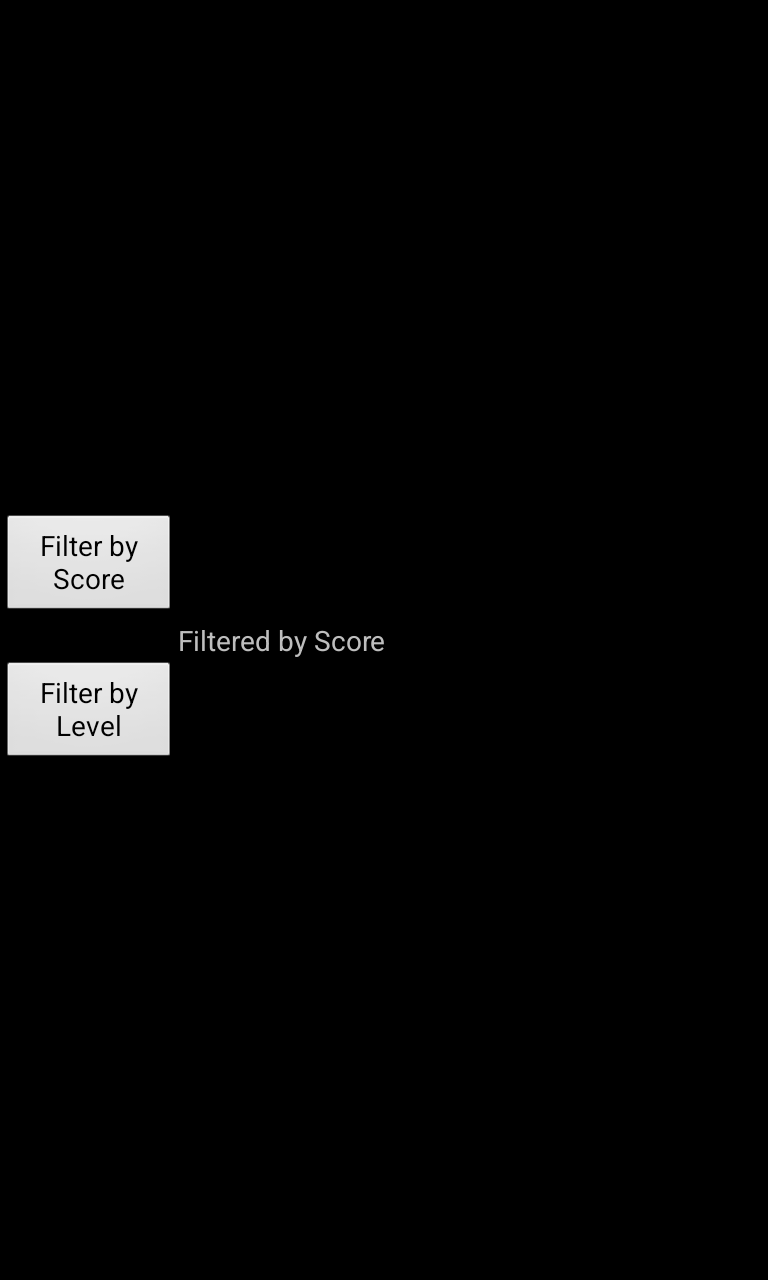
Repository: valleskeyp/IADHub
Layout: MGDGame-android/res/layout/main.xml
An editor plug-in stored every save of this project. The layout is shown before and after the next save, followed by the edit.
It is drawn on a 768 x 1280 px phone screen (xhdpi) without system bars, with theme android:Theme.NoTitleBar.Fullscreen; the app's code is not run. Lists and similar views that code fills are empty.

Above is the layout before, as saved 2013-07-29 23:08:04.

After the next save:
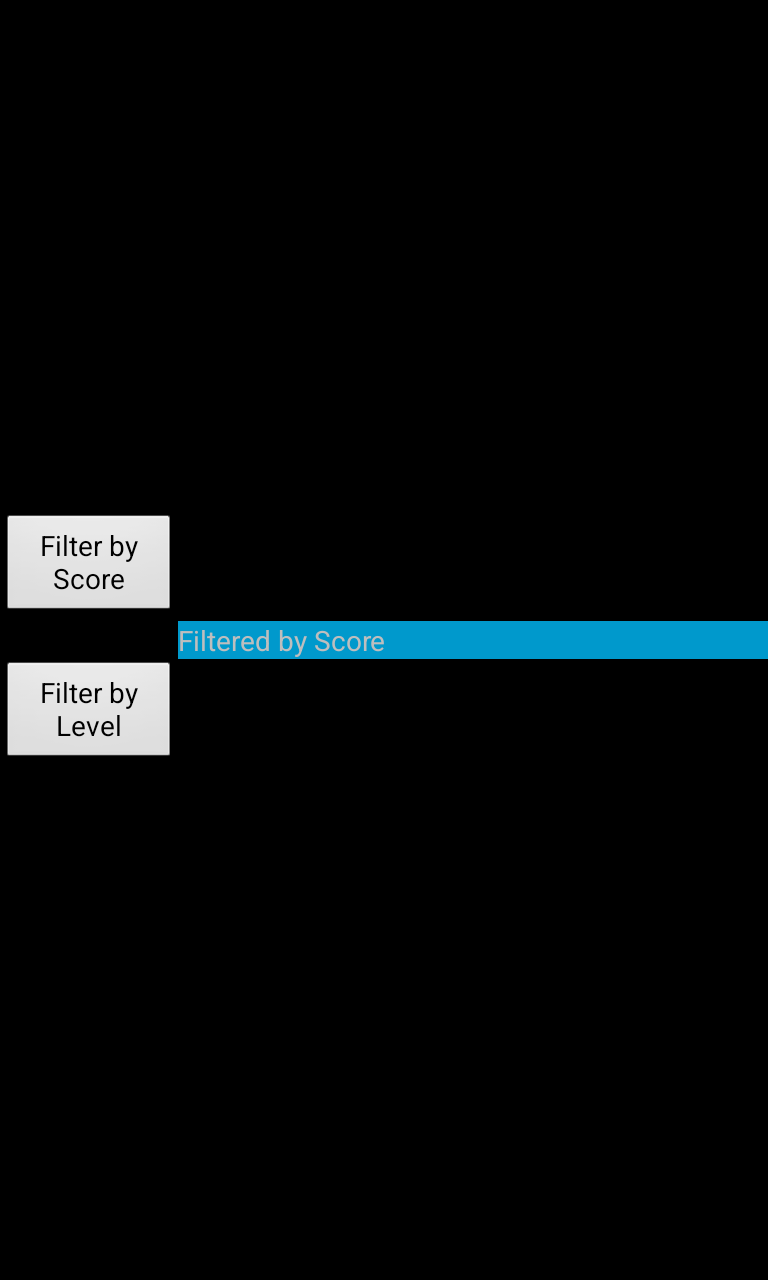
Saved 41 s later.
--- a/MGDGame-android/res/layout/main.xml
+++ b/MGDGame-android/res/layout/main.xml
@@ -34,7 +34,8 @@
 	        android:id="@+id/textView1"
 	        android:layout_width="match_parent"
 	        android:layout_height="wrap_content"
-	        android:text="Filtered by Score" />
+	        android:text="Filtered by Score"
+	        android:background="@android:color/holo_blue_dark" />
 
 	    <ListView
 	        android:id="@+id/list_scores"
